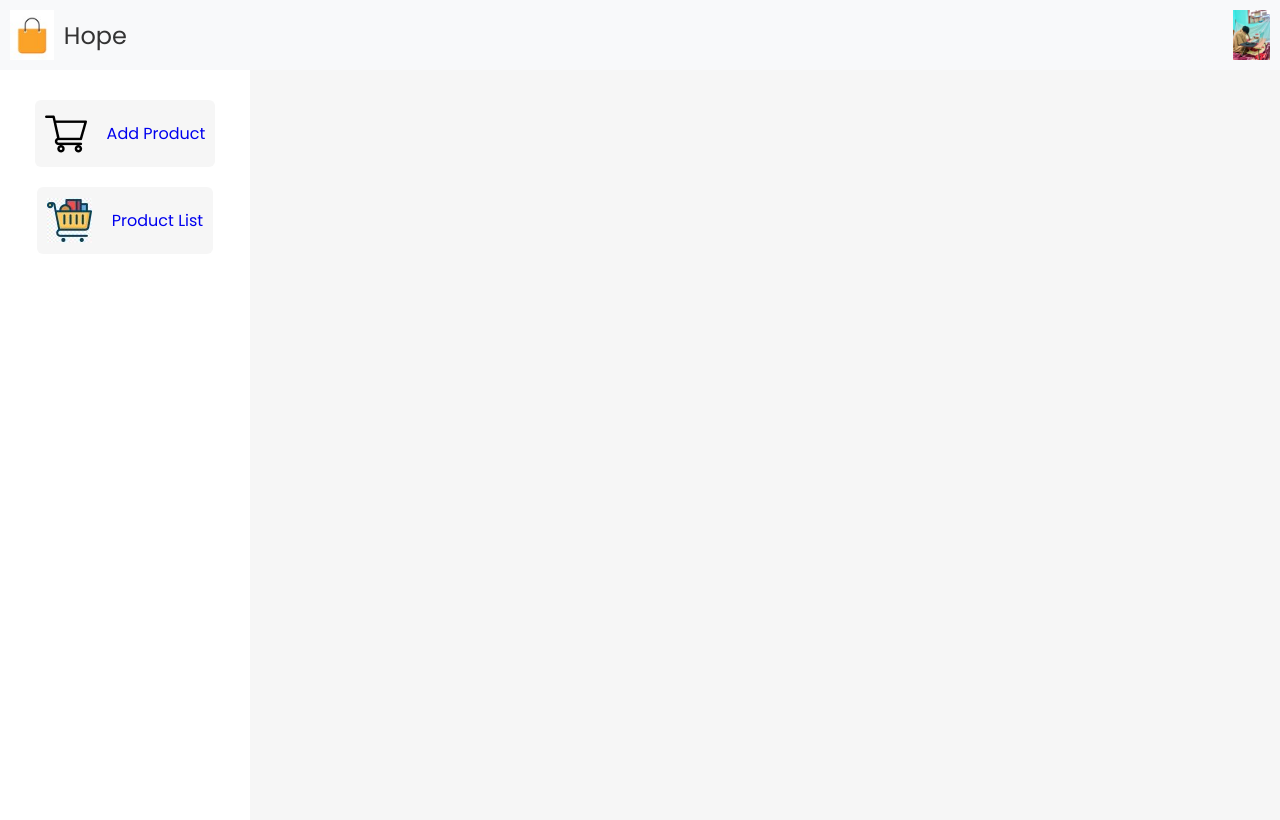
Repository: ititiu20201/Shopping-Online
Page: /listproduct (app in admin/)
An editor plug-in stored every save of this project. The page is shown before and after the next save, followed by the edit.
The browser window is 1280 px wide. The pictures show the whole page.
The project was rebuilt for these pictures with package versions that can differ from the ones it lists, and the page was loaded fresh each time. Also part of the build but not shown: Admin/vite.config.js, admin/src/Components/Addproduct/Addproduct.css, admin/src/Components/Addproduct/Addproduct.jsx, admin/src/Components/Listproduct/Listproduct.css.

Above is the page before, as saved 2024-06-19 00:40:14.

After the next save:
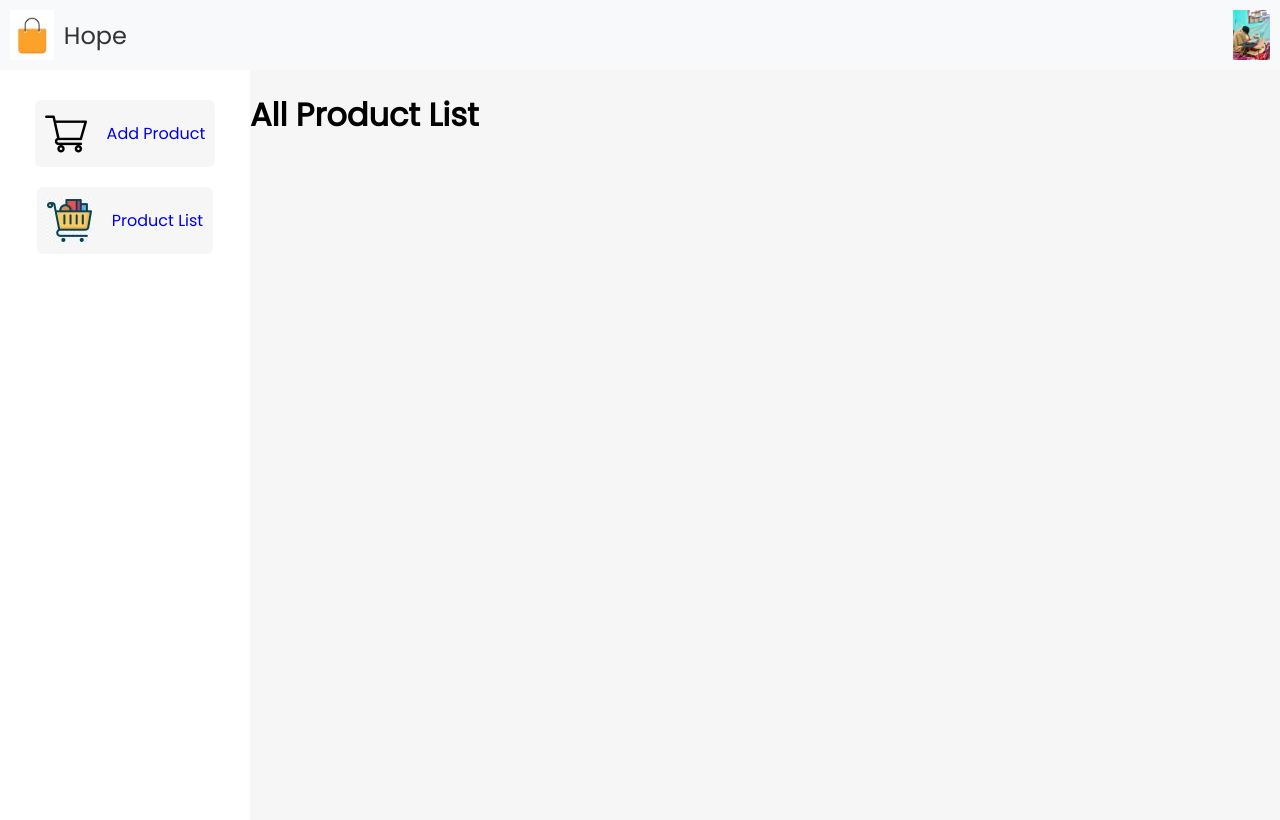
Saved 4 min 19 s later.
--- a/admin/src/Components/Listproduct/Listproduct.jsx
+++ b/admin/src/Components/Listproduct/Listproduct.jsx
@@ -1,7 +1,11 @@
 import "./Listproduct.css";
 
 const Listproduct = () => {
-  return <div className="list-product"></div>;
+  return (
+    <div className="list-product">
+      <h1>All Product List</h1>
+    </div>
+  );
 };
 
 export default Listproduct;
